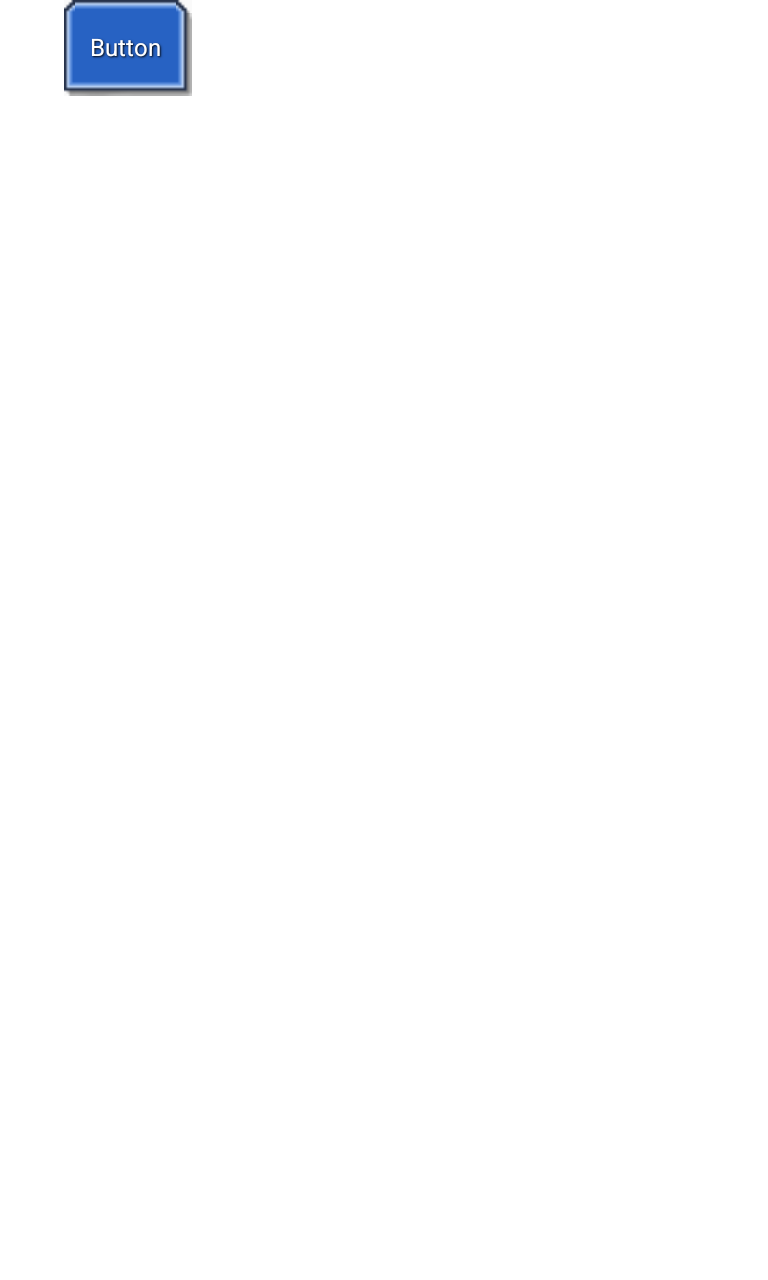
Repository: CMPUT301W13T11/classproject
Layout: FoodBook/res/layout/activity_main_screen.xml
The author's editor kept a copy of each file at every save. The layout is drawn from the files as they stood at one save, then again after the next save.
It is drawn on a 768 x 1280 px phone screen (xhdpi) without system bars, with theme AppTheme; the app's code is not run.

Above is the layout before, as saved 2013-03-06 02:22:30.

### FoodBook/res/layout/activity_main_screen.xml
<RelativeLayout xmlns:android="http://schemas.android.com/apk/res/android"
    xmlns:tools="http://schemas.android.com/tools"
    android:layout_width="match_parent"
    android:layout_height="match_parent"
    tools:context=".MainScreen" >

    <Button
        android:id="@+id/button1"
        style="@style/Button1"
        android:layout_width="wrap_content"
        android:layout_height="wrap_content"
        android:layout_alignParentLeft="true"
        android:layout_alignParentTop="true"
        android:layout_marginLeft="32dp"
        android:background="@drawable/button_style1"
        android:text="Button" />

</RelativeLayout>

### FoodBook/res/values/styles.xml
<resources>

    <!--
        Base application theme, dependent on API level. This theme is replaced
        by AppBaseTheme from res/values-vXX/styles.xml on newer devices.
    -->
    <style name="AppBaseTheme" parent="android:Theme.Light">
        <!--
            Theme customizations available in newer API levels can go in
            res/values-vXX/styles.xml, while customizations related to
            backward-compatibility can go here.
        -->
    </style>

    <!-- Application theme. -->
    <style name="AppTheme" parent="AppBaseTheme">
        <!-- All customizations that are NOT specific to a particular API-level can go here. -->
    </style>

    <style name="styleName" parent="android:Widget.Holo.Light.Button">
        <item name="android:layout_marginLeft">17dp</item>
    </style>

    <style name="Button1">
    	<item name="android:textColor">#ffffffff</item>
    	<item name="android:textSize">12sp</item>
    	<item name="android:shadowColor">#000000</item>
    	<item name="android:shadowDx">1</item>
    	<item name="android:shadowDy">1</item>
    	<item name="android:shadowRadius">1</item>
  </style>
</resources>

Loaded but not shown: FoodBook/res/values-v11/styles.xml (common file); FoodBook/res/values-v14/styles.xml (common file)

After the next save:
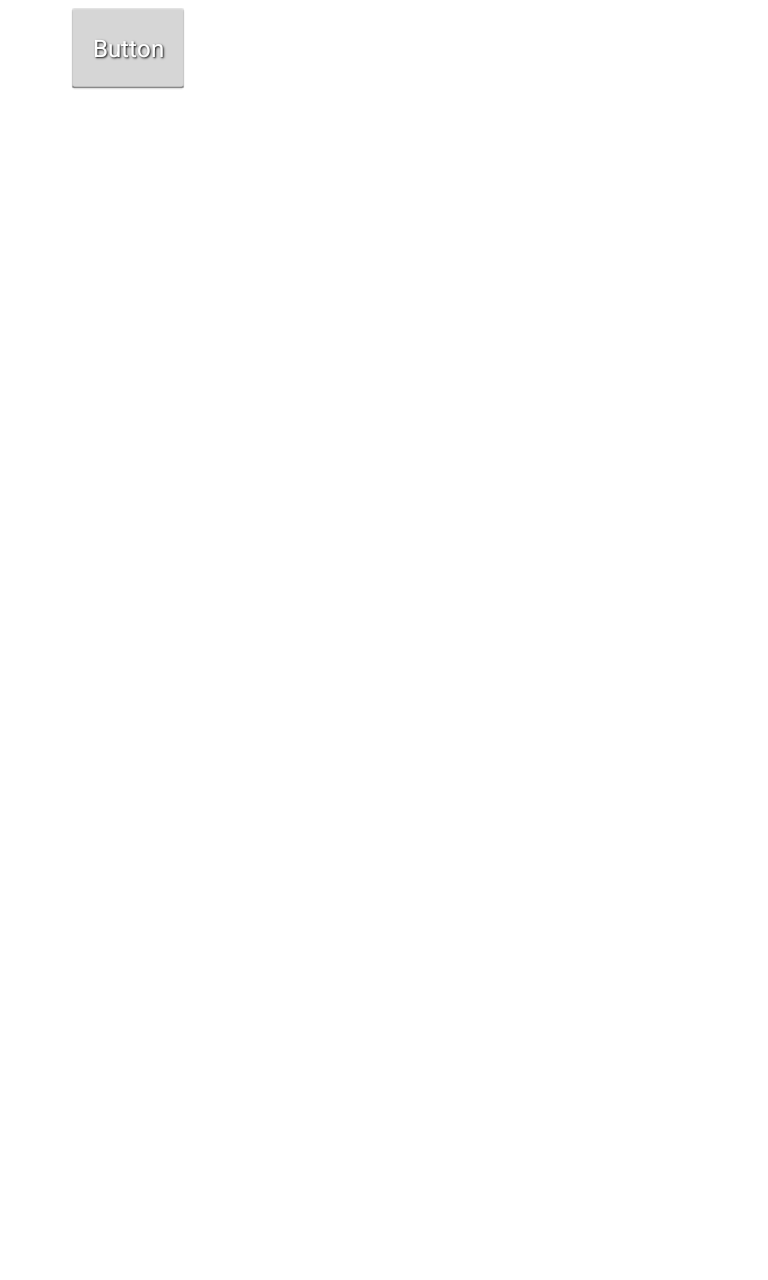
Saved 53 s later.
--- a/FoodBook/res/layout/activity_main_screen.xml
+++ b/FoodBook/res/layout/activity_main_screen.xml
@@ -12,7 +12,7 @@
         android:layout_alignParentLeft="true"
         android:layout_alignParentTop="true"
         android:layout_marginLeft="32dp"
-        android:background="@drawable/button_style1"
+
         android:text="Button" />
 
 </RelativeLayout>
